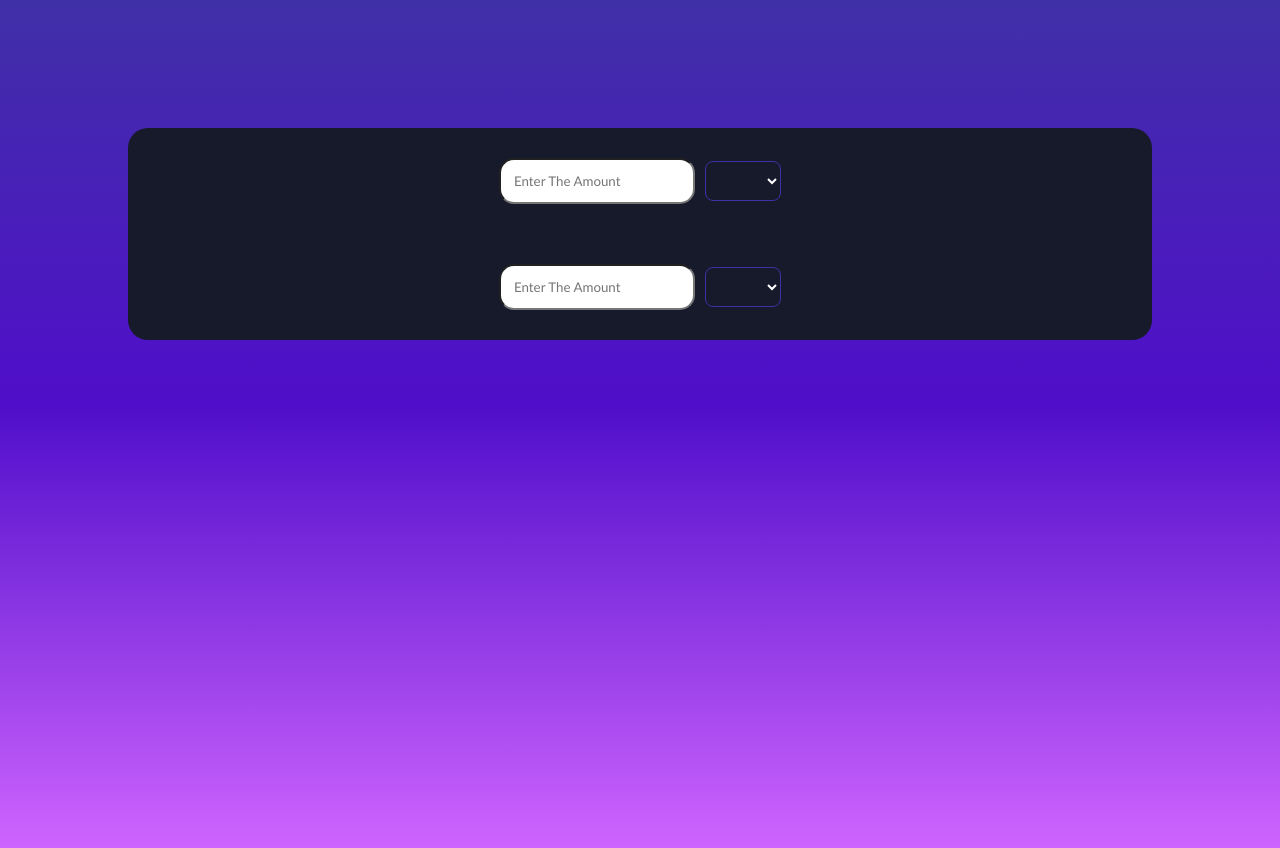
Repository: KamalEssam/currency-converter-react-app
Page: /
The author's editor kept a copy of each file at every save. The page is drawn from the files as they stood at one save, then again after a run of saves.
The browser window is 1280 px wide. The pictures show the whole page.
The page's requests for data from a server got no answer. The project was rebuilt for these pictures with package versions that can differ from the ones it lists, and the page was loaded fresh each time. No one was signed in, and anything a server would have sent is missing.

Above is the page before, as saved 2021-12-22 07:33:32.

After the next 5 saves:
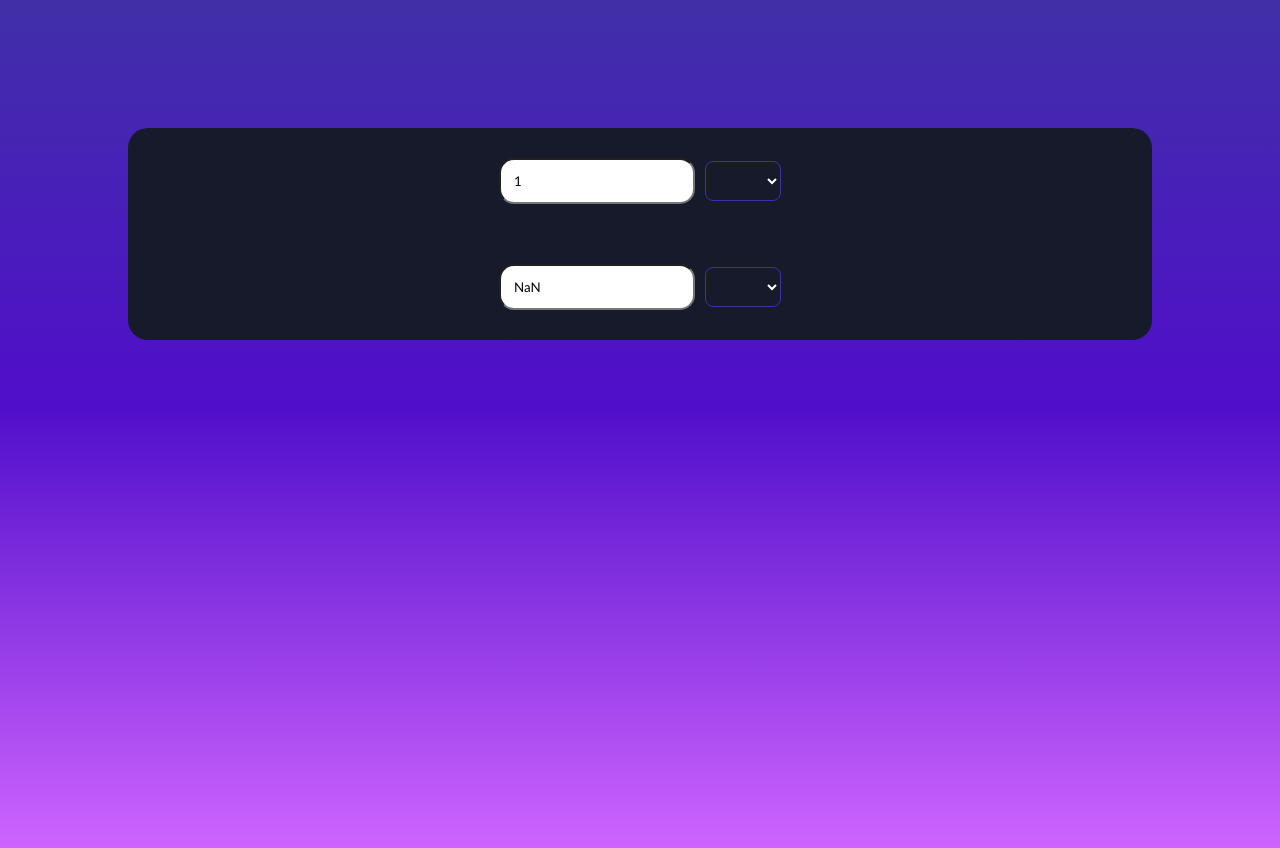
The 5 saves are shown as one change because 3 did not build or start and some came seconds apart.
The last was saved 41 s later.
--- a/src/Components/Currency.js
+++ b/src/Components/Currency.js
@@ -31,7 +31,14 @@ export default function Currency() {
             }).catch(error => console.log('error2'))
 
     }, []);
-
+    useEffect(() => {
+        if (!!currencyExchange) {
+          function init() {
+            onChangeFrAmount(1);
+          }
+          init();
+        }
+      }, [currencyExchange]);
     console.log(currencyExchange['USD' + 'EGP']);
     // here we change state for the amount and currency
     // const onChangeFrCurrency = event => setFrCurrency(event.target.value);
